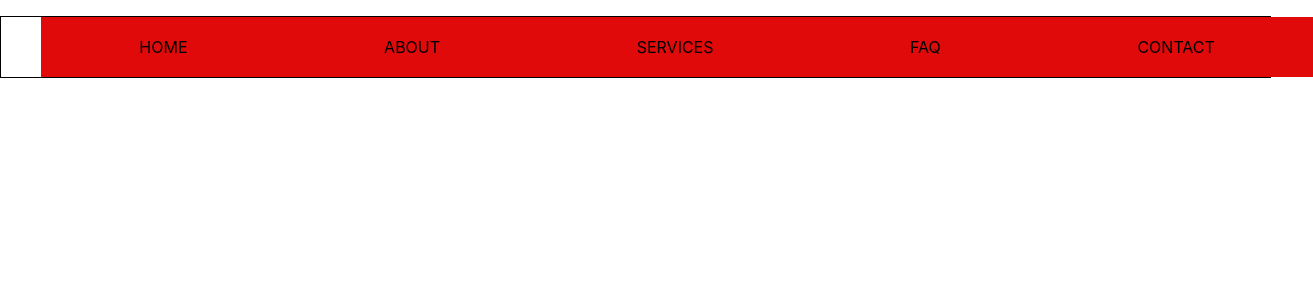
Repository: sriram1224/reactas1.github.io
Page: /
The author's editor kept a copy of each file at every save. The page is drawn from the files as they stood at one save, then again after the next save.
The browser window is 1280 px wide. The page is 1313 px wide, then 1280 px, so the pictures cover 1313 px, including what lies to the right of the window. The pictures show the whole page.
The project was rebuilt for these pictures with package versions that can differ from the ones it lists, and the page was loaded fresh each time.

Above is the page before, as saved 2024-03-05 06:59:13.

### src/App.js
import Nav from './Components/Nav';
import './App.css';

function App() {
  return (
    <div className="App">
     <Nav />
    </div>
  );
}

export default App;

### src/Components/Nav.js

import Navc from './Nav.css';
function Nav(){
    return (
        <nav className='Nav'>
            <ul>
                <li id='first'>HOME</li>
                <li>ABOUT</li>
                <li>SERVICES</li>
                <li>FAQ</li>
                <li>CONTACT</li>
            </ul>
        </nav>
    )
}
export default Nav;

### src/Components/Nav.css
.Nav{
    display: flex;
    justify-content: space-between;
    align-items: center;

    width: 100%;
}
.Nav ul{
    display: flex;

    align-items: center;
    list-style: none;

    width: 96%;
    border: 1px solid #000;
}
.Nav ul li{
    padding: 20px 8%;

    background-color: rgb(224, 10, 10);
    text-align: center;
}
#first{

    background-color: rgb(224, 10, 10);
}

Loaded but not shown: public/index.html (common file); src/index.js (common file); src/index.css (common file); src/reportWebVitals.js (common file); src/App.css (common file)

After the next save:
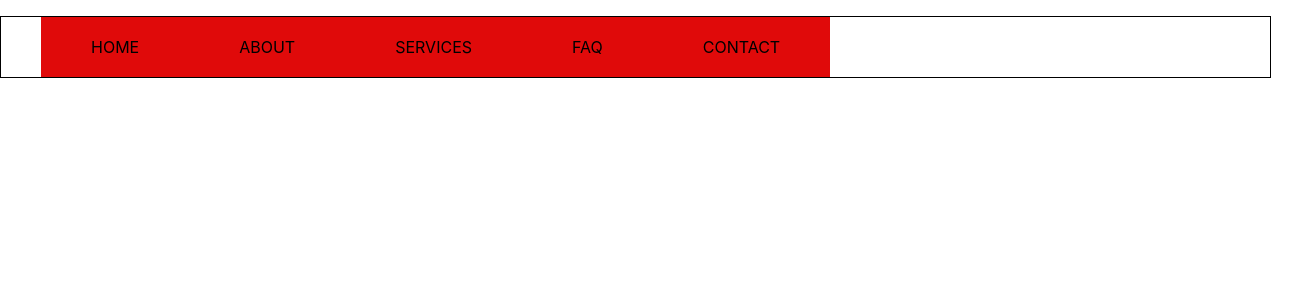
Saved 12 s later.
--- a/src/Components/Nav.css
+++ b/src/Components/Nav.css
@@ -15,7 +15,7 @@
     border: 1px solid #000;
 }
 .Nav ul li{
-    padding: 20px 8%;
+    padding: 20px 50px;
 
     background-color: rgb(224, 10, 10);
     text-align: center;
